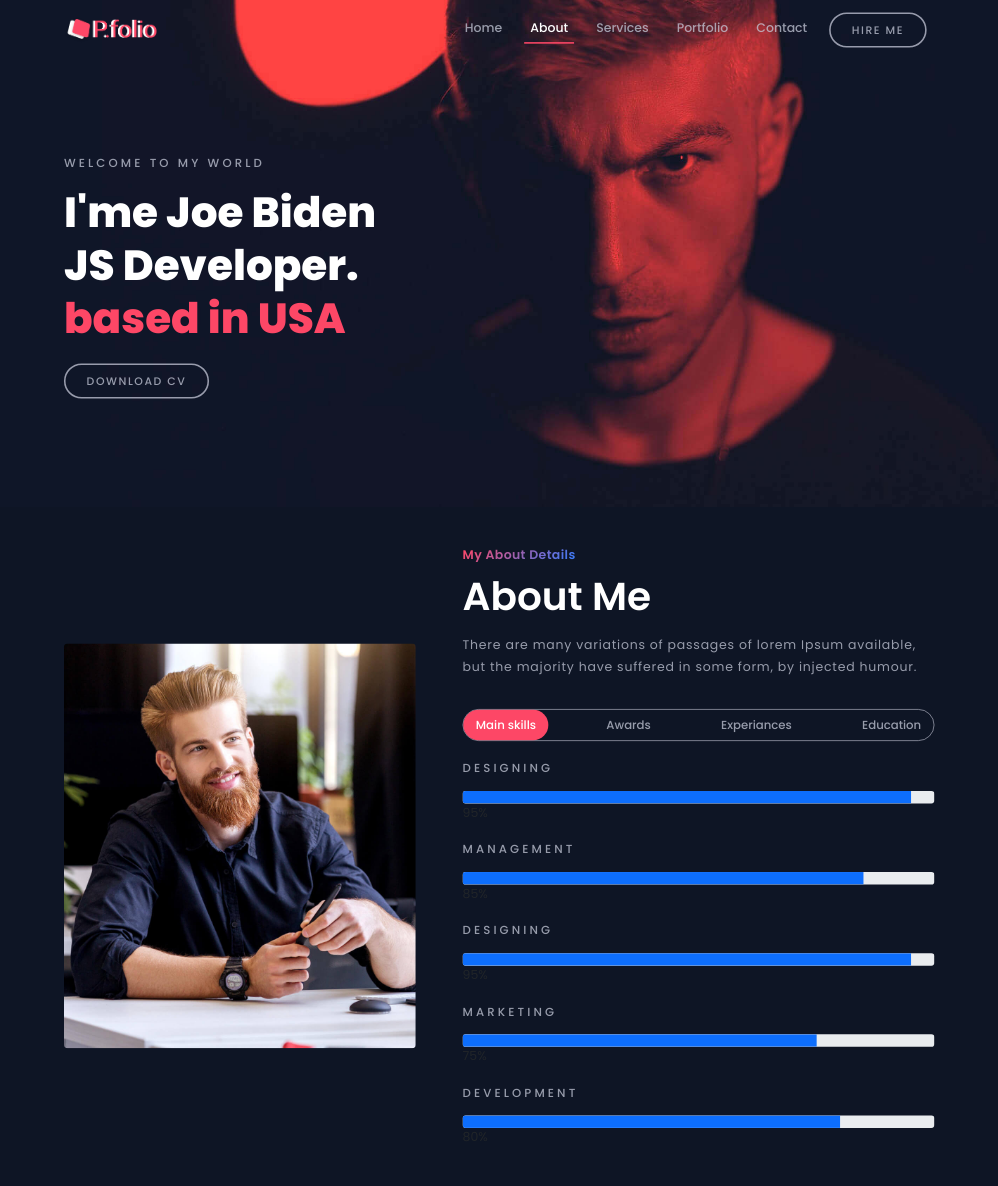
Repository: wadelfadill/Bootstrap_tache_3_responsive_portfolio
Page: index.html
An editor plug-in stored every save of this project. The page is shown before and after the next save, followed by the edit.
The browser window is 1280 px wide. The pictures show the whole page, at 78% of full size.
Backgrounds fixed to the window are drawn as part of the page. Some web libraries are served in a nearby version.

Above is the page before, as saved 2023-04-11 10:47:43.

After the next save:
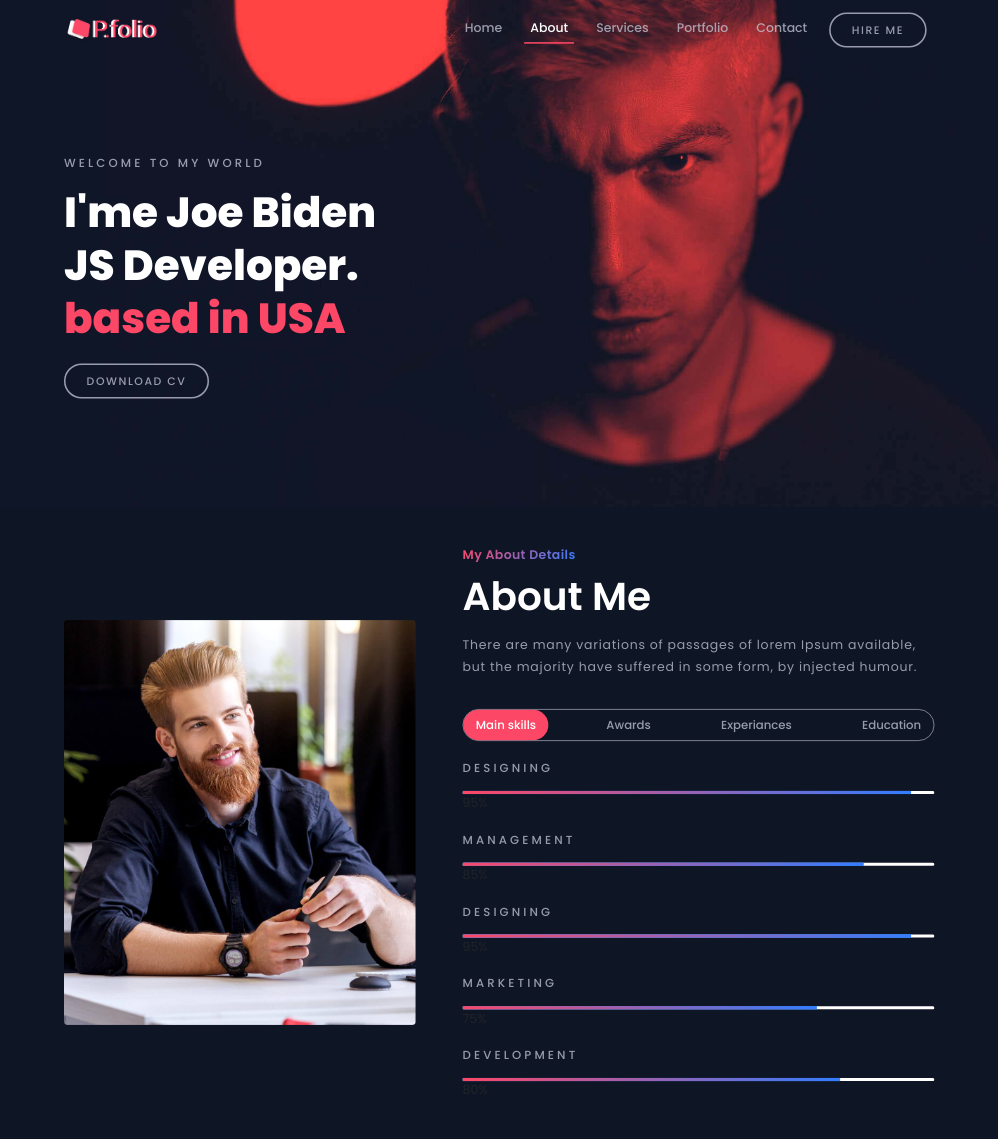
Saved 2 min 53 s later.
--- a/css/style.css
+++ b/css/style.css
@@ -241,3 +241,13 @@ button{
     position: relative;
     overflow: hidden;
 }
+.about_wrapper .single-progress .progress{
+    height: 4px;
+    box-shadow: none;
+    border-radius: 4px;
+    background-color: var(--bg-white);
+    overflow: visible;
+}
+.about_wrapper .single-progress .progress-bar{
+    background-image: var(--gradient-color);
+}
